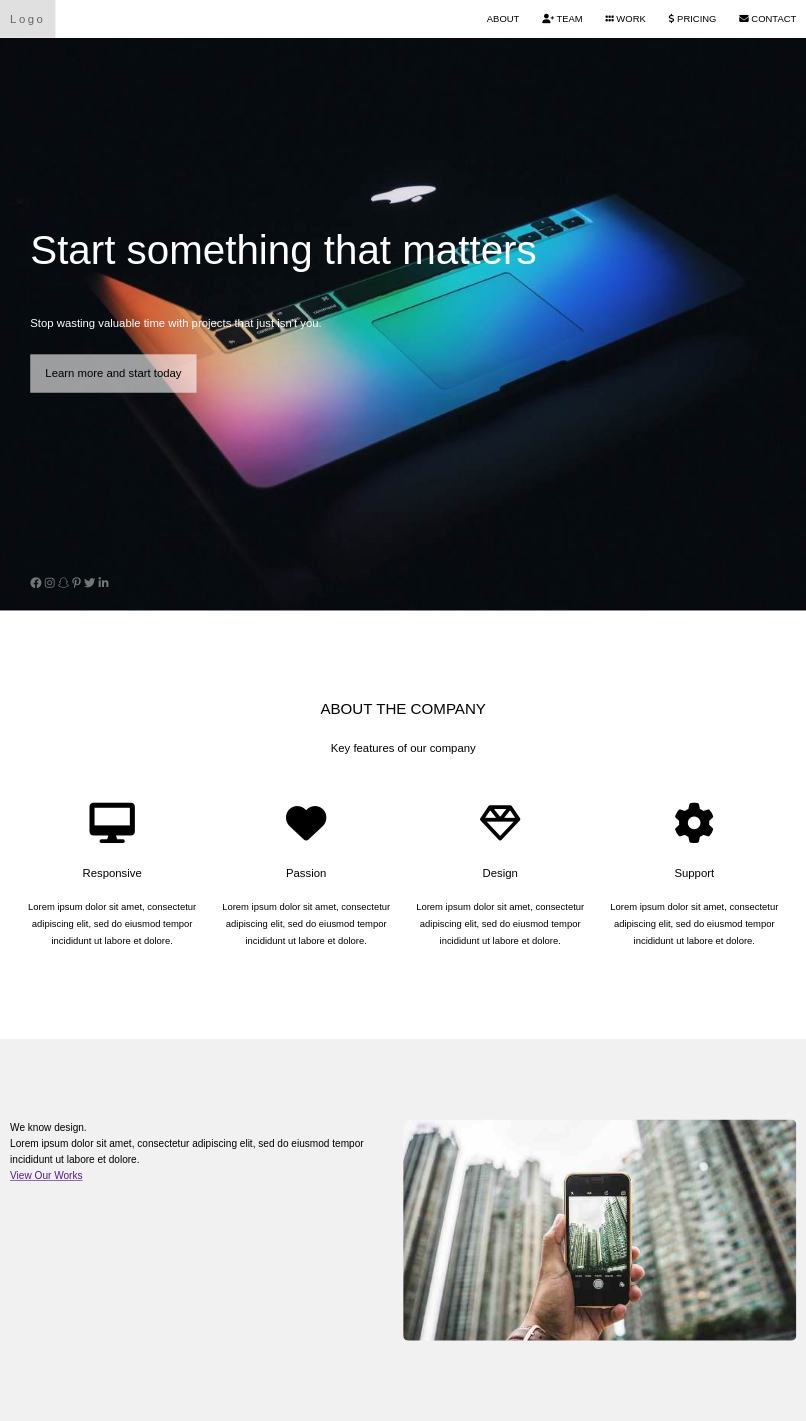
Repository: husterDC/Test
Page: index.html
An editor plug-in stored every save of this project. The page is shown before and after the next save, followed by the edit.
The browser window is 1280 px wide. The pictures show the whole page, at 63% of full size.

Above is the page before, as saved 2022-10-13 13:30:26.

After the next save:
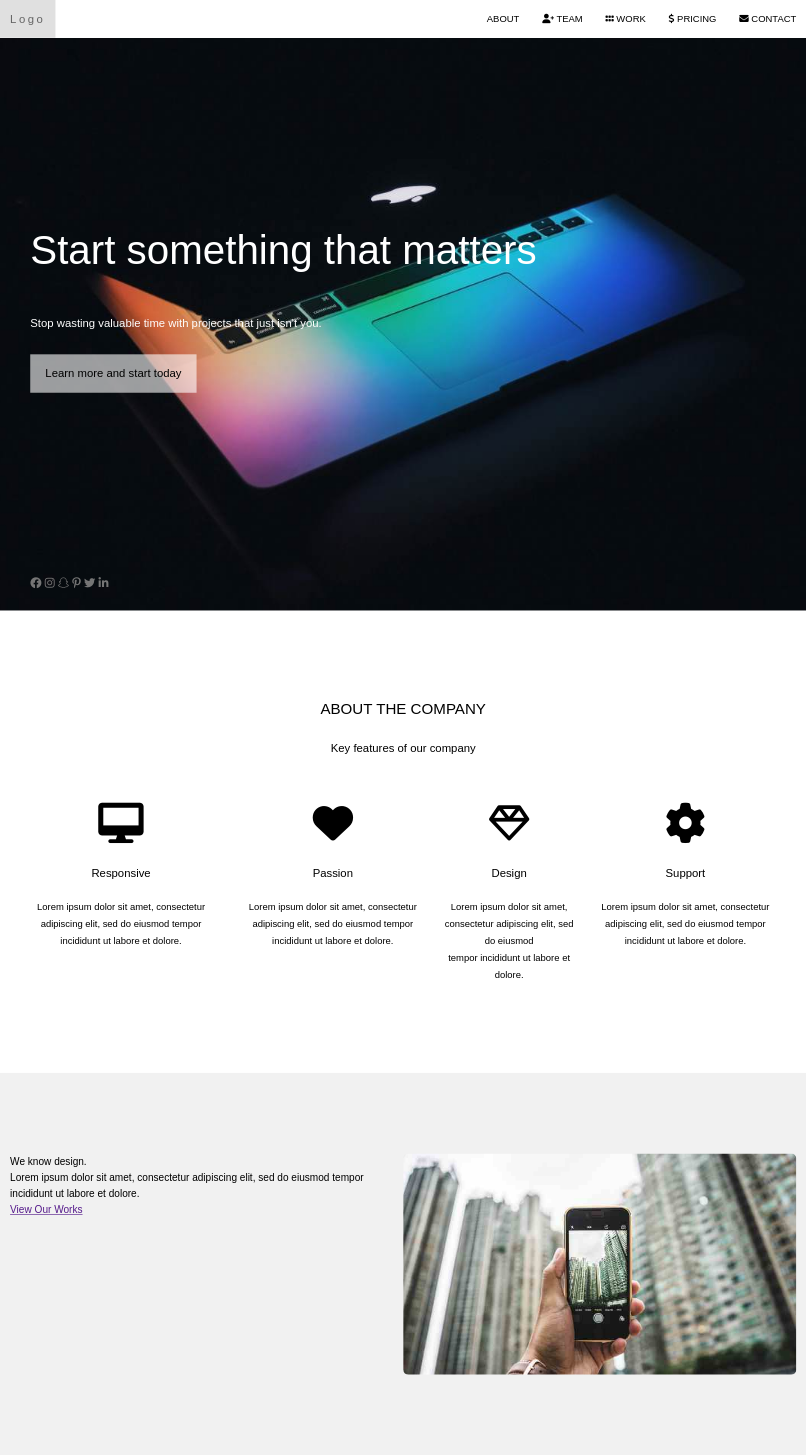
Saved 78 s later.
--- a/index.html
+++ b/index.html
@@ -85,7 +85,7 @@
                 <div class="container_about-item">
                     <i class="container_about-item-icon fa-regular fa-gem"></i>
                     <div class="container_about-item-name">Design</div>
-                    <div class="container_about-item-dec">Lorem ipsum dolor sit amet, consectetur adipiscing elit, sed do eiusmod tempor incididunt ut labore et dolore.</div>
+                    <div class="container_about-item-dec">Lorem ipsum dolor sit amet, consectetur adipiscing elit, sed do eiusmod <br> tempor incididunt ut labore et dolore.</div>
                 </div>
                 <div class="container_about-item">
                     <i class="container_about-item-icon fa-solid fa-gear"></i>
